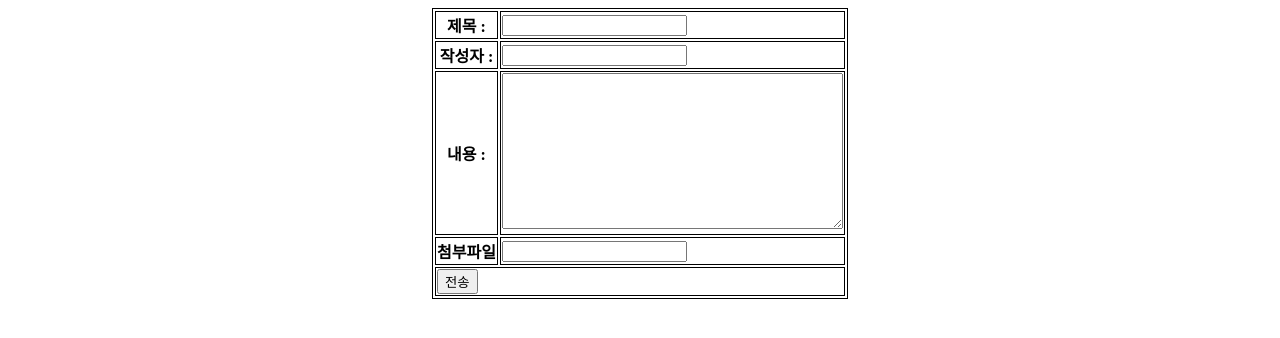
Repository: Shinhan1/shinhan
Page: http://localhost/web_goott/w20200319/fileWrite.jsp
An editor plug-in stored every save of this project. The page is shown before and after the next save, followed by the edit.
The browser window is 1280 px wide. The pictures show the whole page.
The page is served by Tomcat 9.

Above is the page before, as saved 2020-03-19 01:08:29.

After the next save:
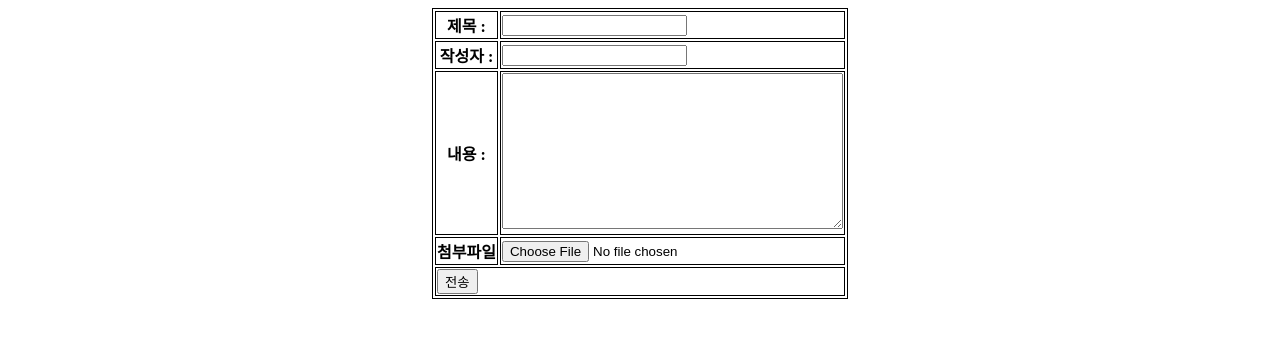
Saved 9 s later.
--- a/web_goott/WebContent/w20200319/fileWrite.jsp
+++ b/web_goott/WebContent/w20200319/fileWrite.jsp
@@ -35,7 +35,7 @@
 			<tr>
 				<th>첨부파일</th>
 				<td>
-					<input type="text" name="fileName" id=""/>
+					<input type="file" name="fileName" id=""/>
 				</td>
 			</tr>
 			<tr>
